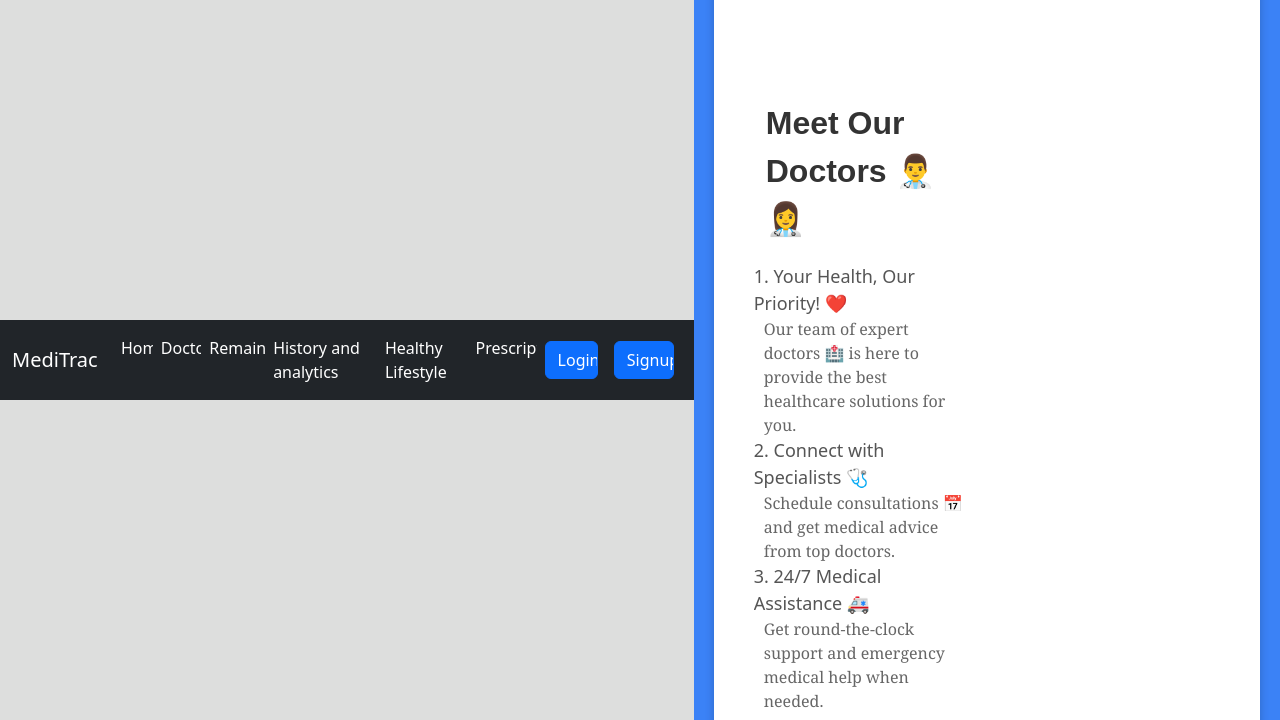
Repository: rahul-chakradhari/PillWise
Page: /doctors (app in frontend/)
These files come from the project's save history. The page is drawn as it stood at one moment and after the next save; the edit follows.
The browser window is 1280 px wide. The pictures show the whole page.
The page's requests for data from a server got no answer. The project was rebuilt for these pictures with package versions that can differ from the ones it lists, and the page was loaded fresh each time. No one was signed in, and anything a server would have sent is missing. Also part of the build but not shown: frontend/vite.config.js, frontend/src/components/Home.jsx, frontend/src/components/History.jsx, frontend/src/components/Remainder.jsx, frontend/src/components/Healthy.jsx, frontend/src/components/Prescription.jsx.

Above is the page before, as saved 2025-03-06 16:40:46.

After the next save:
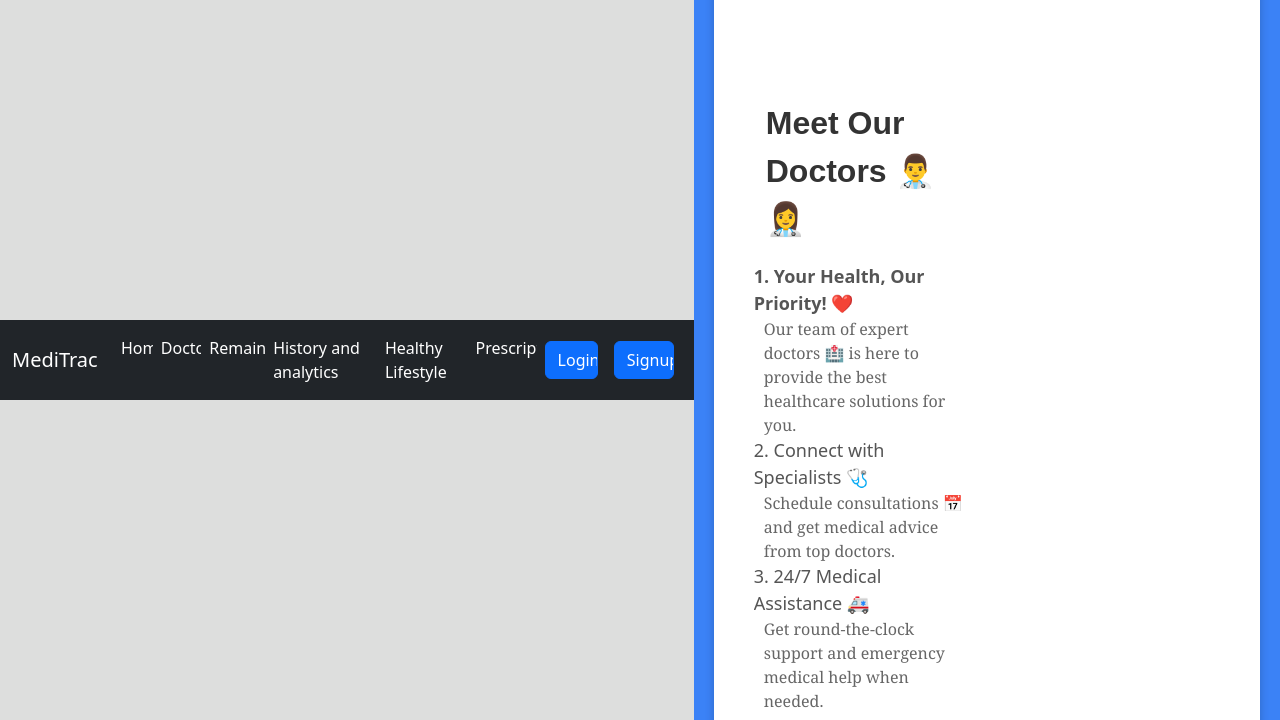
Saved 16 s later.
--- a/frontend/src/components/Doctors.jsx
+++ b/frontend/src/components/Doctors.jsx
@@ -18,7 +18,10 @@
         <div className="doctors-text">
           <div className="title">Meet Our Doctors 👨‍⚕️👩‍⚕️</div>
           <div className="texts">
-            1. Your Health, Our Priority! ❤️ <br />
+            <b>
+              {" "}
+              1. Your Health, Our Priority! ❤️ <br />
+            </b>
             <div className="subtexts">
               Our team of expert doctors 🏥 is here to provide the best
               healthcare solutions for you.
